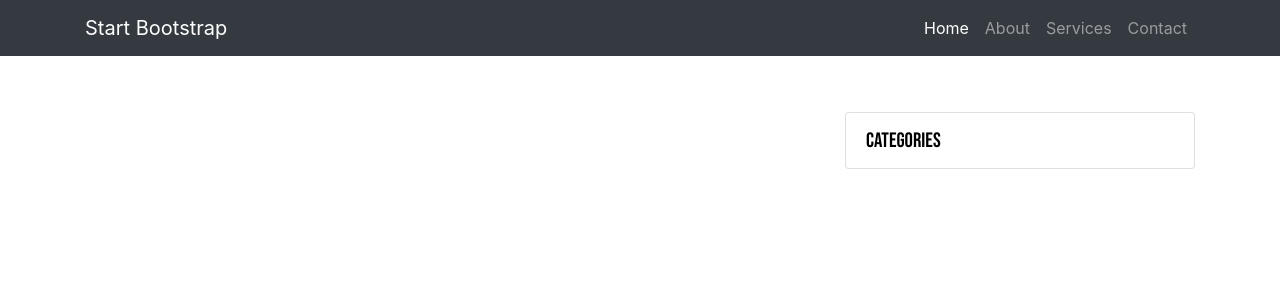
Repository: mohammedaniz/Blog-App
Page: /blogs
These files come from the project's save history. The page is drawn as it stood at one moment and after the next save; the edit follows.
The browser window is 1280 px wide. The pictures show the whole page.
The page's requests for data from a server got no answer. Some web fonts or font styles are not loaded; a fallback is used. The project was rebuilt for these pictures with package versions that can differ from the ones it lists, and the page was loaded fresh each time. No one was signed in, and anything a server would have sent is missing. Also part of the build but not shown: src/components/Components/Feed.component.vue, src/components/Components/Spinner.component.vue, src/components/Components/Tag.component.vue, src/components/Components/Feed.Details.vue, src/components/Components/Feed.Category.component.vue.

Above is the page before, as saved 2020-09-13 15:29:25.

After the next save:
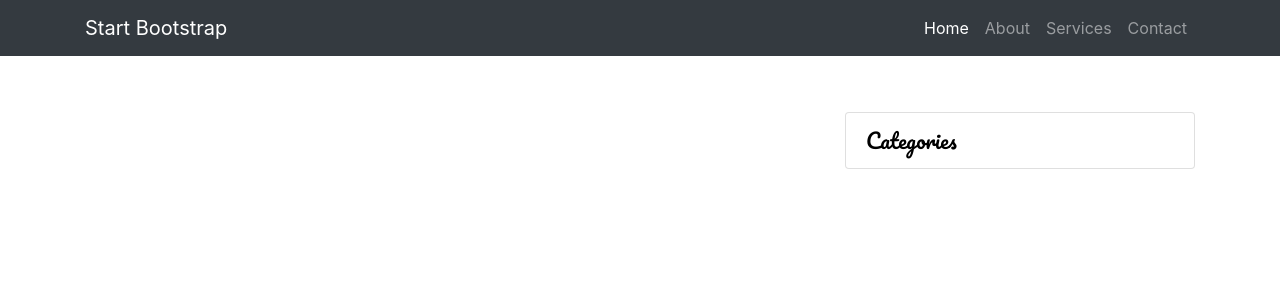
Saved 19 s later.
--- a/src/components/Components/Category.component.vue
+++ b/src/components/Components/Category.component.vue
@@ -19,7 +19,7 @@ export default {
 }
 .list-group-item-title{
     font-size: 1.3rem;
-    font-family: 'Bebas Neue', cursive;
+    font-family: 'Pacifico', cursive;
 }
 .list-group-item{
     font-size: .9rem;
